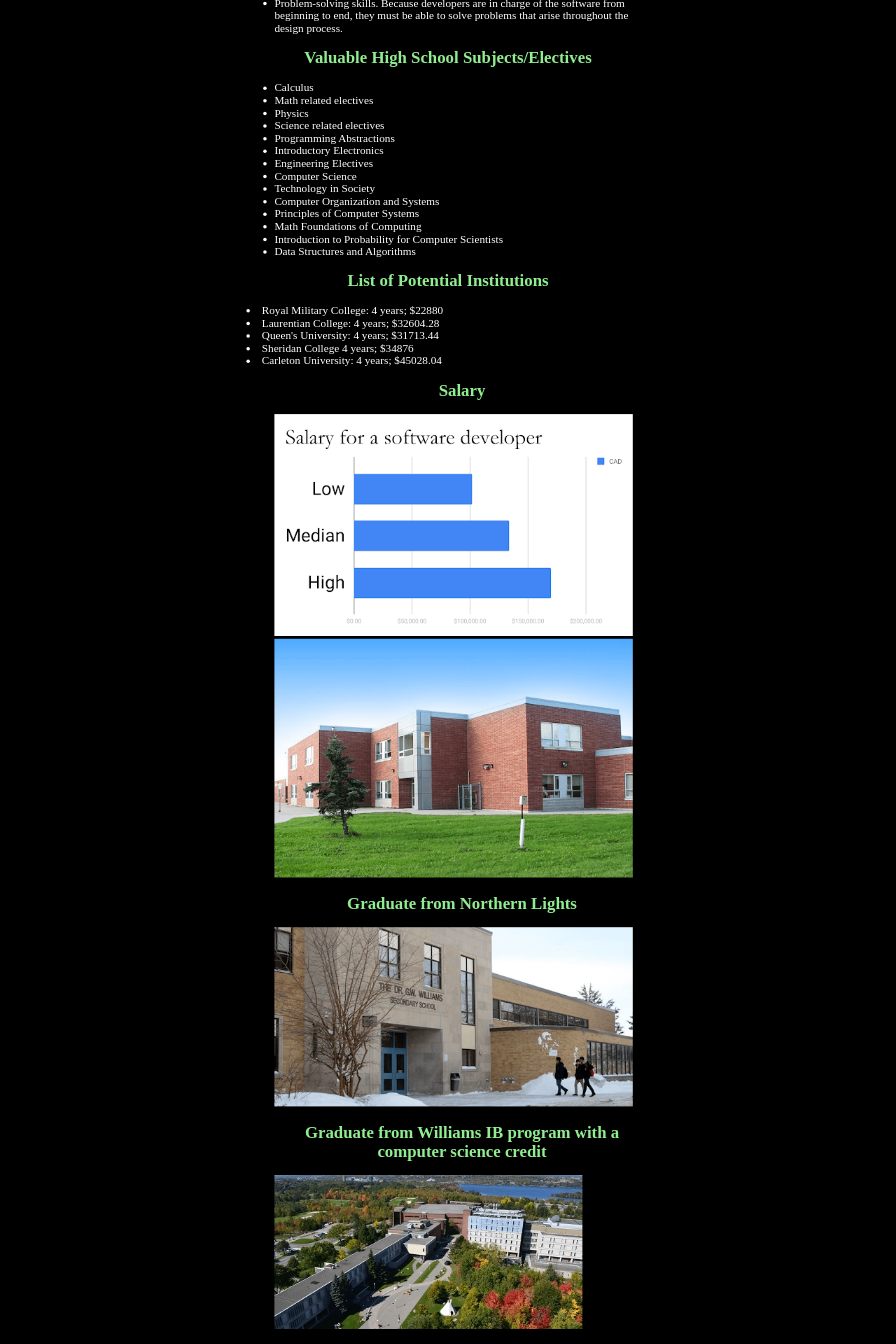
Repository: soerik/1soerik.github.io
Page: index.html
The author's editor kept a record of every edit. The page is drawn from the files as they stood at one moment, then again after the next edit.
The browser window is 1280 px wide. The pictures show the part of the page from y = 1132 to 3052 px (the page is 3052 px tall before and 3040 px after), at 70% of full size.

Above is the page before.

After the next edit:
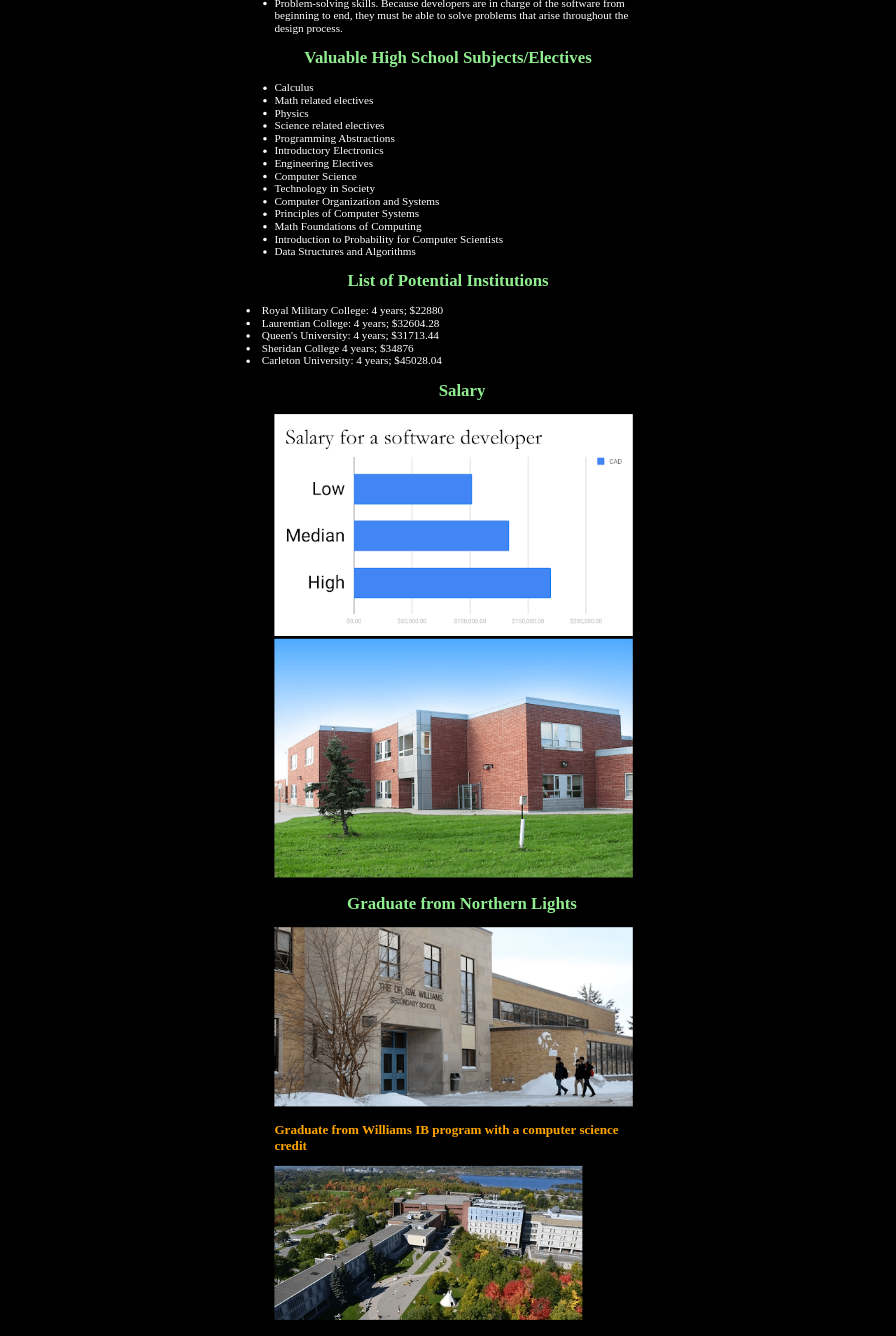
The edit:
--- a/index.html
+++ b/index.html
@@ -130,7 +130,7 @@
 <img src="Northern Lights-min.png"></img>
 <h2>Graduate from Northern Lights</h2>
 <img src="Williams-min.png"></img>
-<h2>Graduate from Williams IB program with a computer science credit</h2>
+<h3>Graduate from Williams IB program with a computer science credit</h3>
 <img src="Laurentian-min.png"></img>
 <h3></h3>
 </body>
